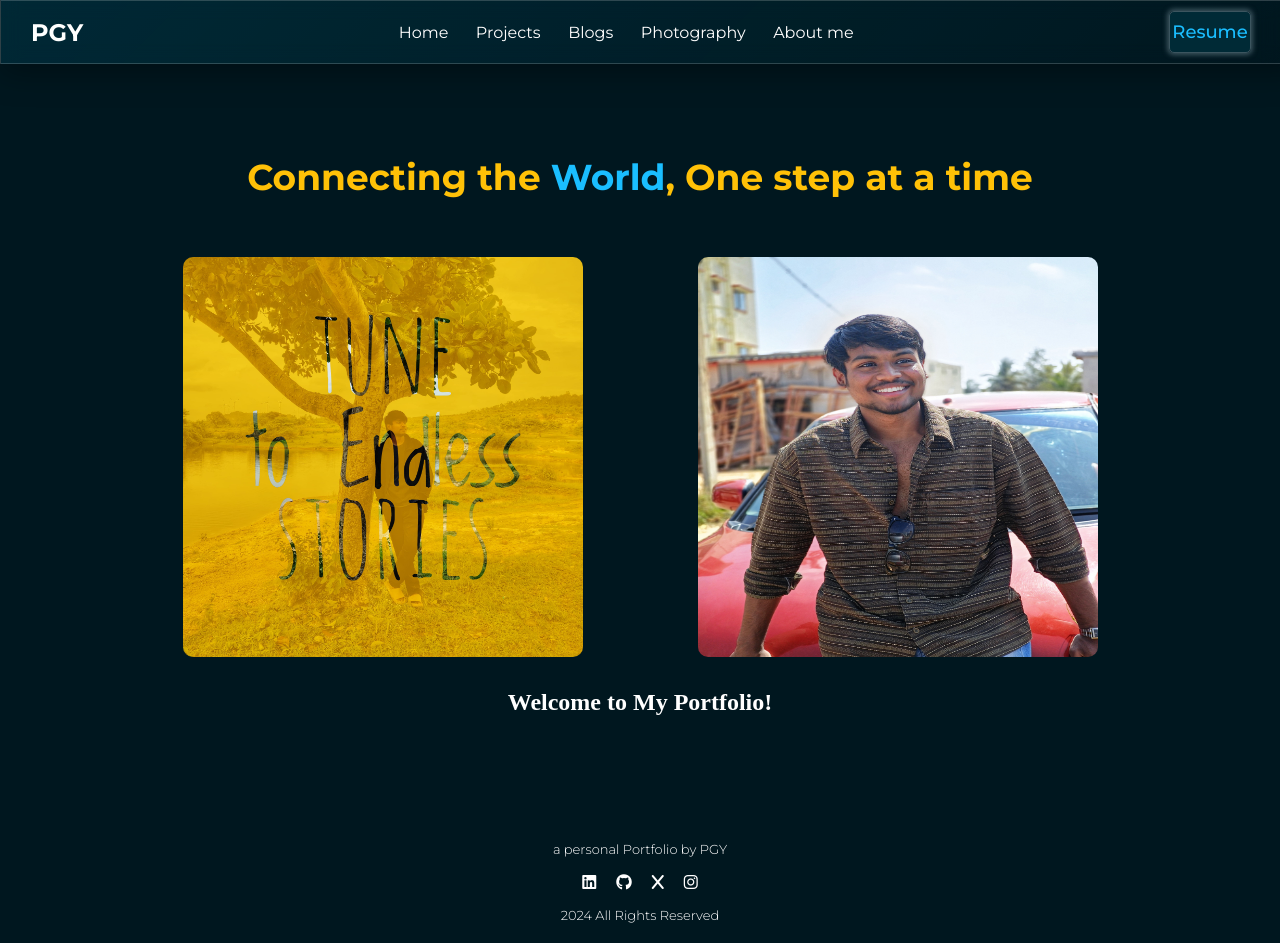
Repository: pgyunknown/pgyunknown
Page: blog.html
The author's editor kept a copy of each file at every save. The page is drawn from the files as they stood at one save, then again after the next save.
The browser window is 1280 px wide. The pictures show the whole page.
Some web libraries are served in a nearby version.

Above is the page before, as saved 2024-08-14 20:07:22.

### blog.html
<!DOCTYPE html>
<html lang="en">
<head>
    <meta charset="UTF-8">
    <meta name="viewport" content="width=device-width, initial-scale=1.0">
    <title>Document</title>
    <link rel="stylesheet" href="blog.css">
    <link rel="preconnect" href="https://fonts.googleapis.com">
<link rel="preconnect" href="https://fonts.gstatic.com" crossorigin>
<link href="https://fonts.googleapis.com/css2?family=Libre+Baskerville:ital,wght@0,400;0,700;1,400&family=Montserrat:ital,wght@0,100..900;1,100..900&family=Titillium+Web:ital,wght@0,200;0,300;0,400;0,600;0,700;0,900;1,200;1,300;1,400;1,600;1,700&display=swap" rel="stylesheet">
<link rel="stylesheet" href="https://cdnjs.cloudflare.com/ajax/libs/font-awesome/6.6.0/css/all.min.css" integrity="sha512-Kc323vGBEqzTmouAECnVceyQqyqdsSiqLQISBL29aUW4U/M7pSPA/gEUZQqv1cwx4OnYxTxve5UMg5GT6L4JJg==" crossorigin="anonymous" referrerpolicy="no-referrer" />
</head>
<body>
    <header>
        <div class="pgy_con">
                <div class="pgy"><a href="#">PGY</a></div>
        </div>
        <nav>
                <div class="nav_bar">
                <a href="#" id="home">Home</a>
                <a href="#"id="projects">Projects</a>
                <a href="#"id="blogs">Blogs</a>
                <a href="#"id="photo">Photography</a>
                <a href="#"id="About">About me</a>
                </div>
            </nav>
        <div class="resume_con">
                <button>Resume</button>
        </div>
    </header>
        <main>
            <div class="heading"><h1>Connecting the <span>World</span>, One step at a time</h1></div>
        <div class="contianer">
        <div ><img src="imgs/personal.jpg" alt=""></div>
        <div ><img src="imgs/IMG20240227144332 (1).jpg" alt=""></div>
        </div>
        <div class="blog_intro">
        <article >
            <h1>Welcome to My Portfolio!</h1>
        </article>
    </div>
    </main>
        <footer>
            <div class="footer_port">a personal Portfolio by PGY</div>
            <div class="footer_icons">
            <a href="https://www.linkedin.com/in/p-gokul-yadav-82548a295?utm_source=share&utm_campaign=share_via&utm_content=profile&utm_medium=android_app" alt="Gokul's linkedin profile" target="_blank"><i class="fa-brands fa-linkedin"></i></a>
            <a href="https://github.com/pgyunknown" alt="Gokul Github profile" target="_blank"><i class="fa-brands fa-github"></i></a>
            <a href="#"><i class="fa-brands fa-x" target="_blank"></i></a>
            <a href="#"><i class="fa-brands fa-instagram" target="_blank"></i></a>
        </div>
        <div class="copyrights">2024 All Rights Reserved</div>
    </footer>

</body>
</html>

### blog.css
*{margin: 0px;
    padding: 0px;
}
body{
    background-color: #00171F;
    color: white;
    box-sizing: border-box;


}
a{
    text-decoration: none;
    color: inherit;
}

header{
    display: flex;
    justify-content: space-between;
    align-items: center;
    padding: 10px;
    /* Glassy effect */
    background: linear-gradient(135deg, rgba(0, 200, 255, 0.1), rgba(255, 255, 255, 0));
    backdrop-filter: blur(10px);
    -webkit-backdrop-filter: blur(10px);
    border:1px solid rgba(255, 255, 255, 0.18);
    box-shadow: 0 8px 32px 0 rgba(0, 0, 0, 0.37);

    overflow: hidden;
    position: fixed; /* Set the navbar to fixed position */
    top: 0; /* Position the navbar at the top of the page */
    width: 100%;
}

.pgy_con
{
    margin-left: 20px;
    font-family: "Montserrat", sans-serif;
    font-optical-sizing: auto;
    font-size: x-large;
    font-weight: 700;
    font-style: normal;
    align-items: end;

}

.pgy_con .pgy a{
    text-decoration: none;
}
.nav_bar {
        /* height: 50px; */
    width: 500px;
    display: flex;
    justify-content: space-evenly;

    transition-property: all;
    transition-timing-function: ease-in-out;
    transition-delay: 1s;


}

.nav_bar a{
    box-sizing: border-box;
    font-family: "Montserrat", sans-serif;
    font-optical-sizing: auto;
    font-weight: 400;
    font-style: normal
    text-decoration: none;
    justify-content: space-around;
    align-items: center;
    padding: 5px ;
}

.nav_bar a:hover{
    color: #FFC107;
    text-shadow: #FFC107 0px 0px  1px;
    border-bottom: 0.5px solid #FFC107;


}


.resume_con {
    display: flex;
    justify-content: center;
    margin-right: 20px;
    background-color: #00171F;
    margin-right: 40px;
}
.resume_con button{
    background-color:rgba(0, 200, 255, 0.1);
    box-sizing: content-box;
    height: 40px;
    width: 80px;
    font-family: "Montserrat", sans-serif;
    font-optical-sizing: auto;
    font-size: large;
    font-weight: 500;
    font-style: normal;
    color: #1ABEFF;
    border: 0.0001px solid #3c555f;
    border-radius: 5px;
    box-shadow: 0px 0px 5px 2px #3c555f;

}
main{
    display: flex;
    flex-direction: column;
    justify-content:space-around;
    align-items: center;
    padding: 70px;
    margin: 55px;
}
.heading{
    display: flex;
    margin: 30px;
    padding-bottom: 20px;
    font-family: "Montserrat", sans-serif;
    font-optical-sizing: auto;
    font-size: large;
    font-weight: 500;
    font-style: normal;
    color: #FFC107;
}

main .heading span{
    color: #1ABEFF;
}
.contianer{
    height: 400px;
    width:100%;
    padding: 10px;

    display: flex;
    justify-content: space-around;
    align-items: center;
    flex-direction: row;

}
.contianer img{
    height: 400px;
    width: 400px;
    border-radius:10px;
    /* border: 1px solid #2792bd; */
    /* box-shadow: 0px 0px 35px 1px #2792bd; */


}

main article{
    padding-top:20px;
}

footer{
    display: flex;
    flex-direction:column;
    justify-content: space-evenly;
    align-items: center;
    margin-bottom: 20px;

    font-family: "Montserrat", sans-serif;
    font-optical-sizing: auto;
    font-size: small;
    font-weight: 300;
    font-style: normal;
}

.footer_icons{
    display: flex;
    justify-content: center;
    align-items: center;
    width: 50px;
    height: 50px;
}



.copyrights{
    display: flex;
    justify-content: center;
    align-items: center;
}

.footer_icons a{
font-size: medium;
padding: 10px;
width: 50px;
height: 50px;
display: flex;
justify-content: center;
align-items: center;
}

After the next save:
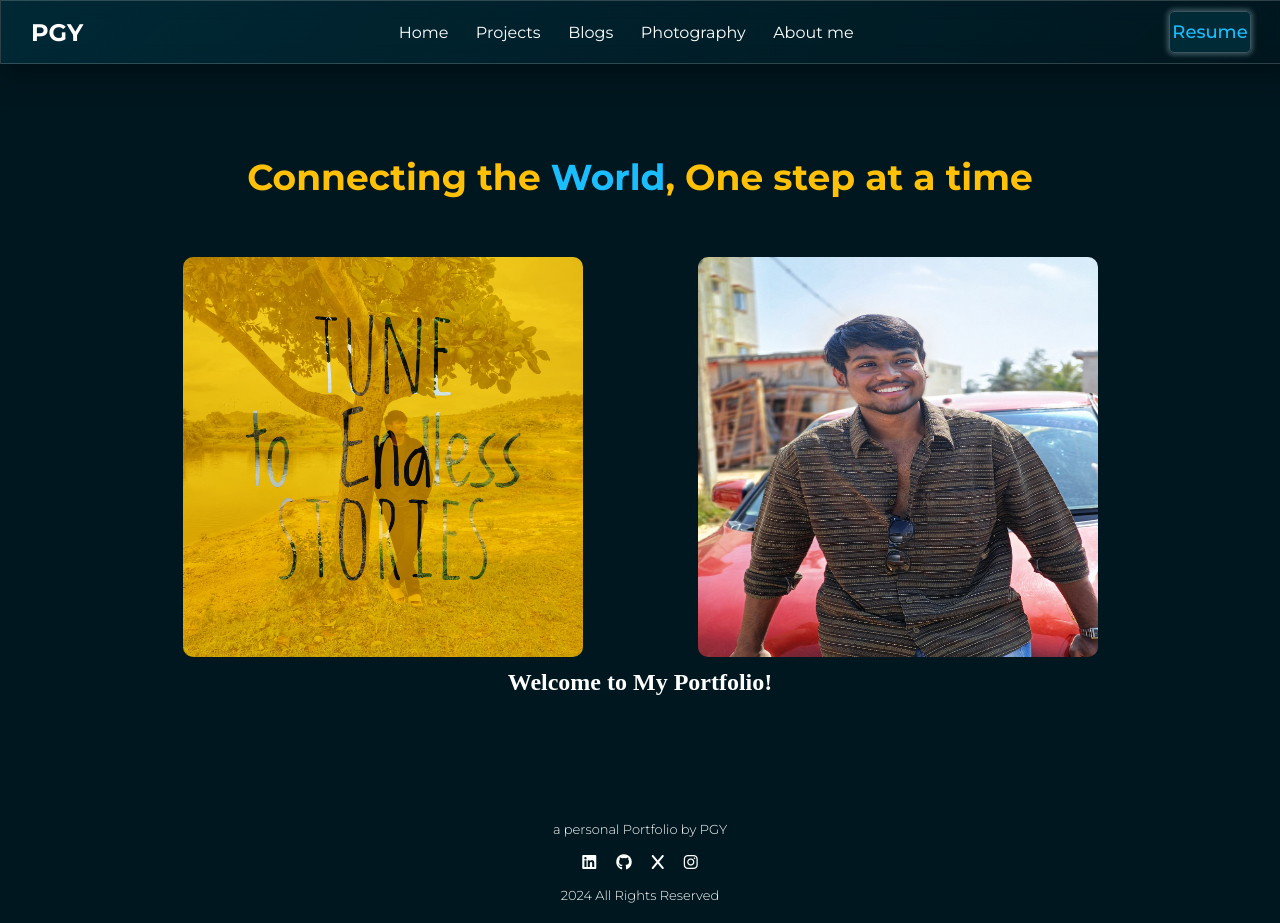
Saved 18 s later.
--- a/blog.css
+++ b/blog.css
@@ -147,6 +147,7 @@ main .heading span{
 
 }
 
+blog_intro
 main article{
     padding-top:20px;
 }

After the 3 saves that followed:
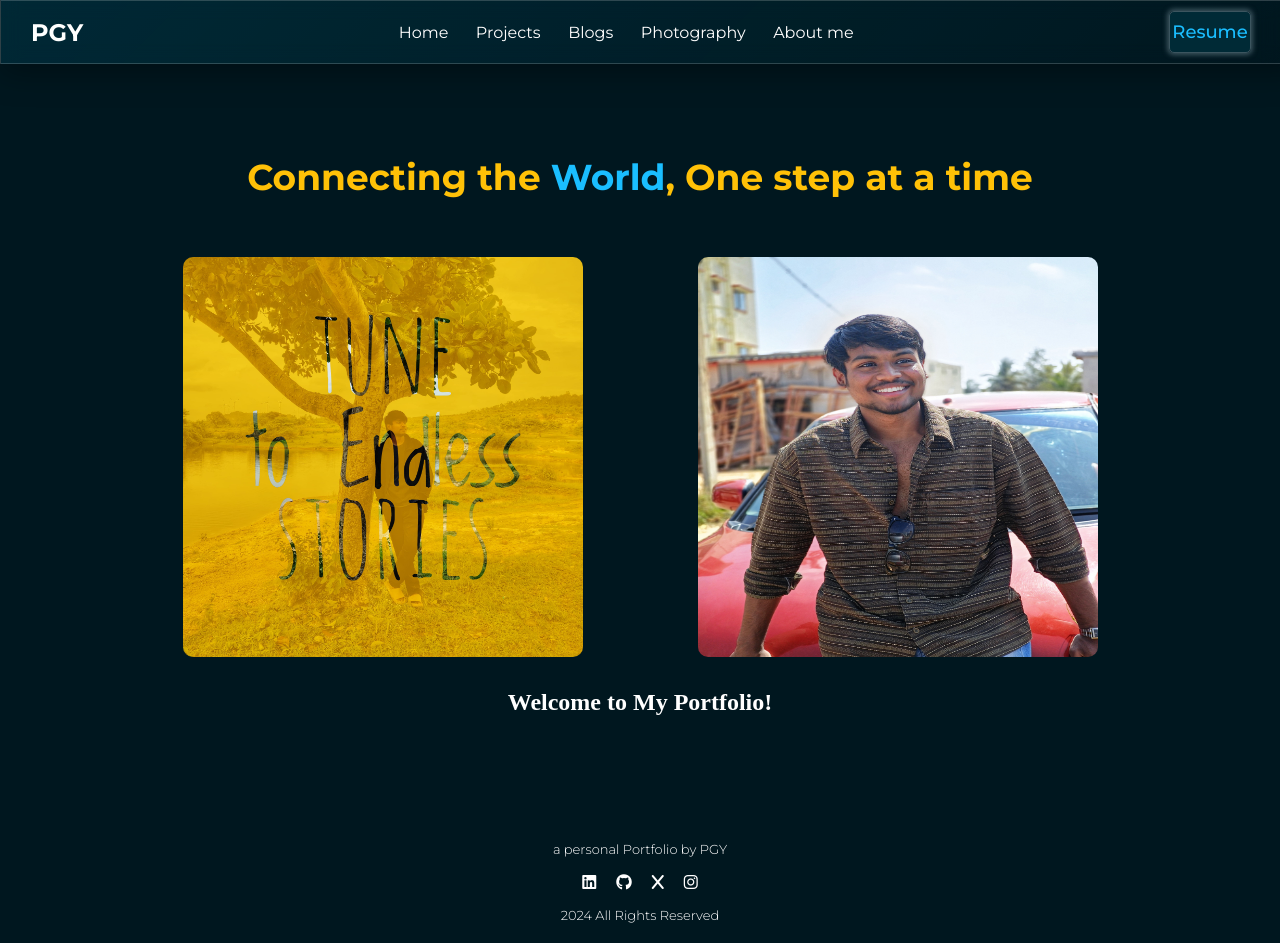
The 3 saves are shown as one change because they came seconds apart.
The last was saved 9 s later.
--- a/blog.css
+++ b/blog.css
@@ -147,7 +147,9 @@ main .heading span{
 
 }
 
-blog_intro
+.blog_intro{
+    ma
+}
 main article{
     padding-top:20px;
 }
